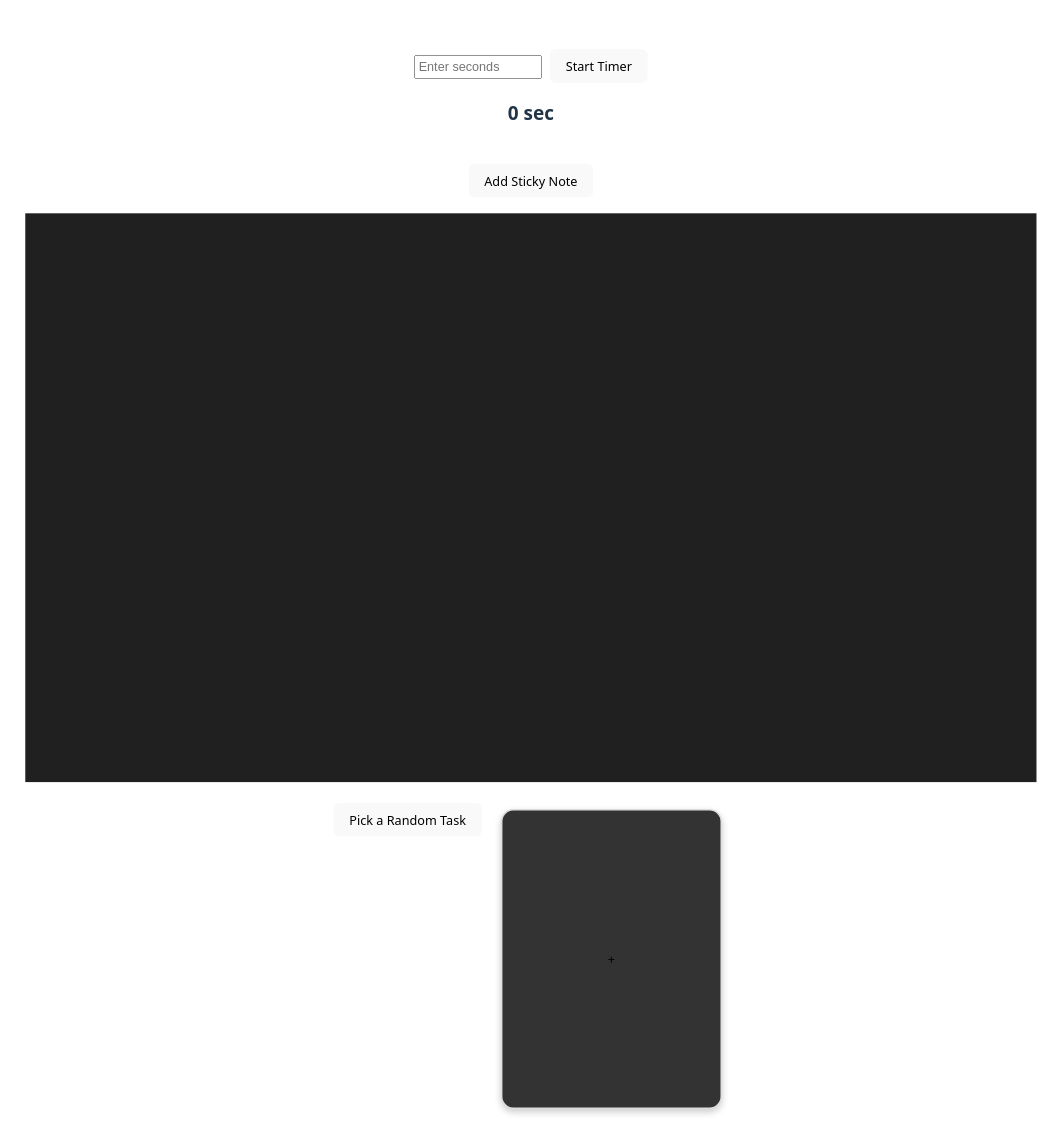
Repository: RamSivaSundaraKarthykeyan/Cards-Task
Page: /
The author's editor kept a copy of each file at every save. The page is drawn from the files as they stood at one save, then again after the next save.
The browser window is 1280 px wide. The page is 1344 px wide, so the pictures cover 1344 px, including what lies to the right of the window. The pictures show the whole page, at 79% of full size.
The project was rebuilt for these pictures with package versions that can differ from the ones it lists, and the page was loaded fresh each time. Also part of the build but not shown: vite.config.js, src/CSS/checkBox.css, src/components/CheckBox.jsx, src/CSS/TaskCard.css, src/components/TaskCard.jsx.

Above is the page before, as saved 2025-04-16 19:14:04.

### index.html
<!doctype html>
<html lang="en">
  <head>
    <meta charset="UTF-8" />
    <link rel="icon" type="image/svg+xml" href="/vite.svg" />
    <meta name="viewport" content="width=device-width, initial-scale=1.0" />
    <title>New To-Do</title>
  </head>
  <body>
    <div id="root"></div>
    <script type="module" src="/src/main.jsx"></script>
  </body>
</html>

### src/main.jsx
import { StrictMode } from "react";
import { createRoot } from "react-dom/client";
import "./CSS/index.css";
import App from "./App.jsx";

createRoot(document.getElementById("root")).render(
  <StrictMode>
    <App />
  </StrictMode>
);

### src/App.jsx
import React from "react";
import "./CSS/App.css";
import Deck from "./components/Deck.jsx";
import { TaskCardProvider } from "./context/TaskCardContext.jsx";

function App() {
  return (
    <>
      <TaskCardProvider>
        <Deck />
      </TaskCardProvider>
    </>
  );
}

export default App;

### src/components/Deck.jsx
import React, { useRef, useEffect } from "react";
import TaskCard from "./TaskCard.jsx";
import { useTaskCardContext } from "../context/TaskCardContext.jsx";
import "../CSS/Deck.css";
import Timer from "./Timer.jsx";
import StickyNotes from "./StickyNotes.jsx";

function Deck() {
  const {
    taskCards,
    addTaskCard,
    removeTaskCard,
    pickRandomTaskCard,
    selectedTaskId,
  } = useTaskCardContext();

  const inputRef = useRef({});

  const handleAddTaskCard = () => {
    const newId =
      taskCards.length === 0 ? 1 : taskCards[taskCards.length - 1].id + 1;
    addTaskCard({ id: newId });
    inputRef.current[newId] = React.createRef();
  };

  const handlePickRandomTaskCard = () => {
    const randomTaskCard = pickRandomTaskCard();
    if (randomTaskCard) {
      alert(`random Task Card:\nIDl: ${randomTaskCard.id}`);
    } else {
      alert(`No Task Cards Available!`);
    }
  };

  useEffect(() => {
    if (taskCards.length > 0) {
      const lastTaskCard = taskCards[taskCards.length - 1];
      inputRef.current[lastTaskCard.id]?.current?.focus();
    }
  }, [taskCards]);

  return (
    <div
      style={{ display: "flex", flexWrap: "wrap", gap: "16px" }}
      className="deck"
    >
      <Timer />
      <StickyNotes />
      <button onClick={handlePickRandomTaskCard}> Pick a Random Task </button>
      <button className="task-card-add-button" onClick={handleAddTaskCard}>
        +
      </button>
      {taskCards.map((tc) => (
        <TaskCard
          id={tc.id}
          key={tc.id}
          removeTask={() => removeTaskCard(tc.id)}
          inputRef={inputRef.current[tc.id]}
          isSelected={tc.id === selectedTaskId}
        />
      ))}
    </div>
  );
}

export default Deck;

### src/context/TaskCardContext.jsx
import React, { createContext, useContext, useState } from "react";

const TaskCardContext = createContext();

export function TaskCardProvider({ children }) {
  const [taskCards, setTaskCards] = useState([]);
  const [selectedTaskId, setSelectedTaskId] = useState(null);

  const addTaskCard = (taskCard) => setTaskCards((prev) => [...prev, taskCard]);
  const removeTaskCard = (id) =>
    setTaskCards((prev) => prev.filter((tc) => tc.id !== id));

  const pickRandomTaskCard = () => {
    if (taskCards.length === 0) return null;
    const randomIndex = Math.floor(Math.random() * taskCards.length);
    const randomCard = taskCards[randomIndex];
    setSelectedTaskId(randomCard.id);
    return randomCard;
  };

  return (
    // any component that consumes this context will have access to these value objects
    <TaskCardContext.Provider
      value={{
        taskCards,
        addTaskCard,
        removeTaskCard,
        pickRandomTaskCard,
        selectedTaskId,
      }}
    >
      {children}
    </TaskCardContext.Provider>
  );
}

export function useTaskCardContext() {
  return useContext(TaskCardContext);
}

### src/CSS/Deck.css
.task-card-add-button {
    width: 280px;
    height: 380px;
    margin: 8px;
    display: flex;
    justify-content: center;
    align-items: center;
    border: 2px solid #ddd;
    border-radius: 16px;
    background: #333;
    box-shadow: 0 4px 10px rgba(0, 0, 0, 0.2);
    cursor: pointer;
    box-sizing: border-box;
    /* Ensures uniform size */
}

.task-card-add-button:hover {
    transform: scale(1.05);
    box-shadow: 0 6px 12px rgba(0, 0, 0, 0.2);
}

.deck {
    display: flex;
    flex-wrap: wrap;
    gap: 16px;
    justify-content: center;
    align-items: flex-start;
}

### src/components/Timer.jsx
import React, { useState, useEffect, useRef } from "react";

function Timer() {
  // State to hold the remaining time (in seconds)
  const [time, setTime] = useState(0);
  // State to store the input value from the user
  const [inputValue, setInputValue] = useState("");
  // State to indicate if the timer is running
  const [isRunning, setIsRunning] = useState(false);

  // Ref to store the timer id from setTimeout so it can be cleared if needed
  const timerRef = useRef(null);
  // Ref to store the audio element so we can trigger playback
  const audioRef = useRef(null);

  // useEffect to handle the countdown
  useEffect(() => {
    // If the timer is running and time is not zero, schedule a timeout to decrease time by one second.
    if (isRunning && time > 0) {
      timerRef.current = setTimeout(() => {
        setTime(time - 1);
      }, 1000);
    }
    // When the time reaches zero while the timer is running, play the sound and stop the timer.
    else if (isRunning && time === 0) {
      // Play the sound if the audio element is ready
      if (audioRef.current) {
        audioRef.current.play();
      }
      setIsRunning(false);
    }
    // Cleanup function to clear the timeout if the component re-renders or unmounts.
    return () => clearTimeout(timerRef.current);
  }, [isRunning, time]);

  // Function to start the timer based on the user input
  const startTimer = () => {
    // Convert the input value to an integer (assuming the input is in seconds)
    const seconds = parseInt(inputValue, 10);
    if (!isNaN(seconds) && seconds > 0) {
      setTime(seconds);
      setIsRunning(true);
    }
  };

  return (
    <div style={{ textAlign: "center", marginTop: "30px" }}>
      <input
        type="number"
        value={inputValue}
        onChange={(e) => setInputValue(e.target.value)}
        placeholder="Enter seconds"
        style={{ fontSize: "16px", padding: "4px", width: "150px" }}
      />
      <button
        onClick={startTimer}
        style={{ marginLeft: "10px", fontSize: "16px" }}
      >
        Start Timer
      </button>
      <h2 style={{ marginTop: "20px" }}>{time} sec</h2>
      {/* Audio element plays sound when time is up. Ensure sound.mp3 is available in your public folder or change the src to a valid URL */}
      <audio ref={audioRef}>
        <source src="/alarm.mp3" type="audio/mpeg" />
        Your browser does not support the audio element.
      </audio>
    </div>
  );
}

export default Timer;

### src/components/StickyNotes.jsx
import React, { useState, useEffect, useRef } from "react";

function StickyNotes() {
  const [notes, setNotes] = useState([]);
  const [draggingId, setDraggingId] = useState(null);
  const offsetRef = useRef({ x: 0, y: 0 });

  const addNote = () => {
    const newNote = {
      id: Date.now(),
      content: "",
      x: 200,
      y: 200,
    };
    setNotes([...notes, newNote]);
  };

  const handleMouseDown = (e, id) => {
    const note = notes.find((n) => n.id === id);
    if (note) {
      setDraggingId(id);
      offsetRef.current = {
        x: e.clinetX - note.x,
        y: e.clientY - note.y,
      };
    }
  };

  useEffect(() => {
    const handleMouseMove = (e) => {
      if (draggingId !== null) {
        const newX = e.clientX - offsetRef.x;
        const newY = e.clientY - offsetRef.y;
        console.log("New X:", newX, " New Y:", newY);
        setNotes((prevNotes) =>
          prevNotes.map((note) =>
            note.id === draggingId
              ? {
                  ...note,
                  x: newX,
                  y: newY,
                }
              : note
          )
        );
      }
    };

    const handleMouseUp = () => {
      setDraggingId(null);
    };

    if (draggingId !== null) {
      document.addEventListener("mousemove", handleMouseMove);
      document.addEventListener("mouseup", handleMouseUp);
    }

    return () => {
      document.removeEventListener("mousemove", handleMouseMove);
      document.removeEventListener("mouseup", handleMouseDown);
    };
  }, [draggingId]);

  const updateContent = (id, content) => {
    setNotes((prevNotes) =>
      prevNotes.map((note) => (note.id === id ? { ...note, content } : note))
    );
  };

  return (
    <div style={{ textAlign: "center", padding: "10px" }}>
      <button onClick={addNote} style={{ marginBottom: "20px" }}>
        Add Sticky Note
      </button>
      <div
        style={{
          position: "relative",
          width: "100vw",
          height: "100vh",
          backgroundColor: "#202020",
          margin: 0,
          padding: 0,
          overflow: "hidden",
        }}
      >
        {notes.map((note) => (
          <div
            key={note.id}
            onMouseDown={(e) => handleMouseDown(e, note.id)}
            style={{
              position: "absolute",
              top: note.y,
              left: note.x,
              width: "200px",
              minHeight: "150px",
              background: "yellow",
              padding: "10px",
              boxShadow: "0 4px 8px rgba(0,0,0,0.2)",
              cursor: "move",
              userSelect: "none",
            }}
          >
            <textarea
              value={note.content}
              onChange={(e) => updateContent(note.id, e.target.value)}
              placeholder="Enter your note"
              style={{
                color: "black",
                width: "100%",
                height: "100%",
                background: "transparent",
                border: "none",
                resize: "none",
                outline: "none",
              }}
            />
          </div>
        ))}
      </div>
    </div>
  );
}

export default StickyNotes;

Loaded but not shown: src/index.css (common file); src/CSS/App.css (common file)

After the next save:
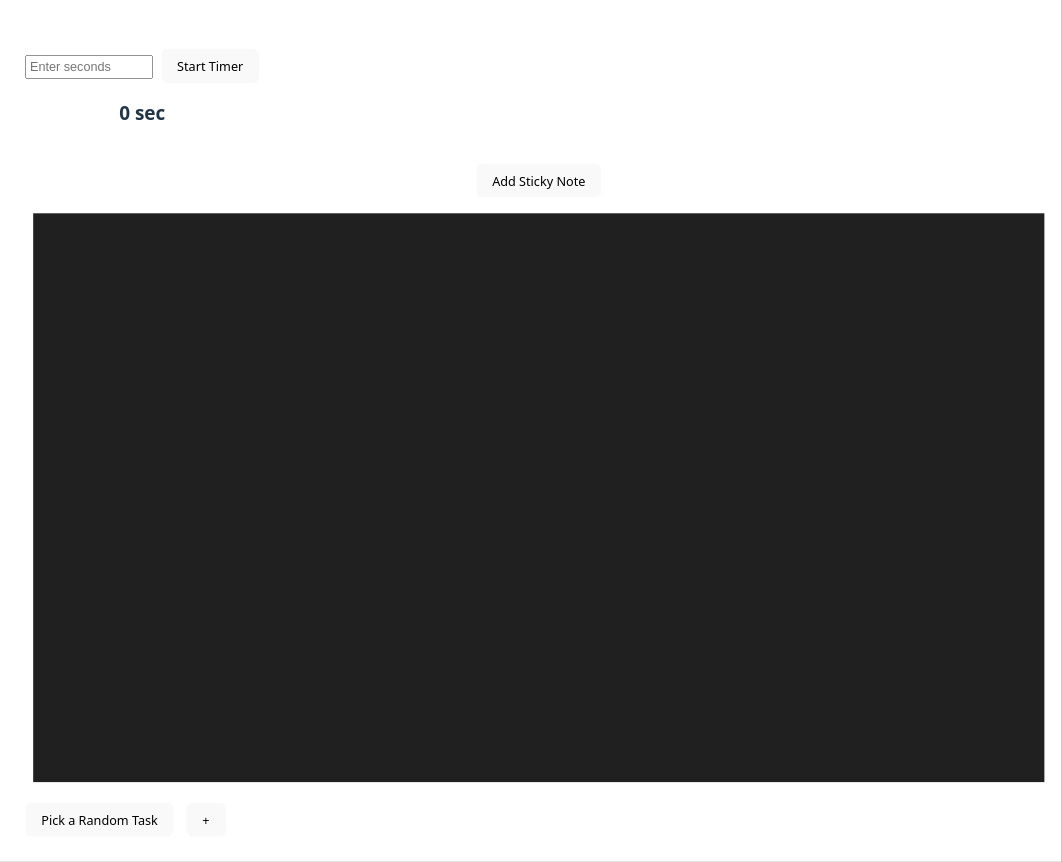
Saved 84 s later.
--- a/src/components/Deck.jsx
+++ b/src/components/Deck.jsx
@@ -1,7 +1,7 @@
 import React, { useRef, useEffect } from "react";
 import TaskCard from "./TaskCard.jsx";
 import { useTaskCardContext } from "../context/TaskCardContext.jsx";
-import "../CSS/Deck.css";
+//import "../CSS/Deck.css";
 import Timer from "./Timer.jsx";
 import StickyNotes from "./StickyNotes.jsx";
 

After the save that followed:
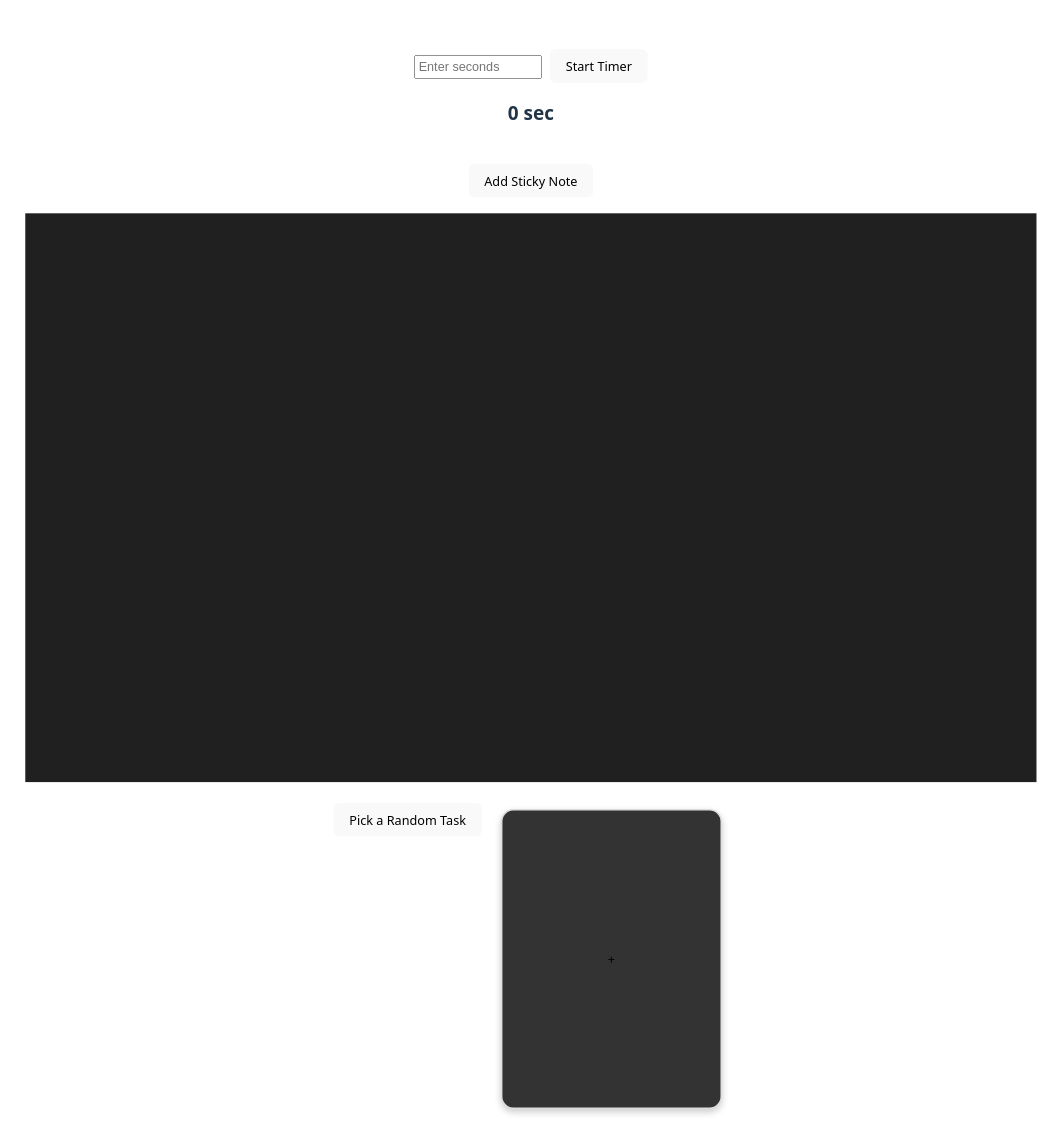
Saved 11 s later.
--- a/src/components/Deck.jsx
+++ b/src/components/Deck.jsx
@@ -1,7 +1,7 @@
 import React, { useRef, useEffect } from "react";
 import TaskCard from "./TaskCard.jsx";
 import { useTaskCardContext } from "../context/TaskCardContext.jsx";
-//import "../CSS/Deck.css";
+import "../CSS/Deck.css";
 import Timer from "./Timer.jsx";
 import StickyNotes from "./StickyNotes.jsx";
 
